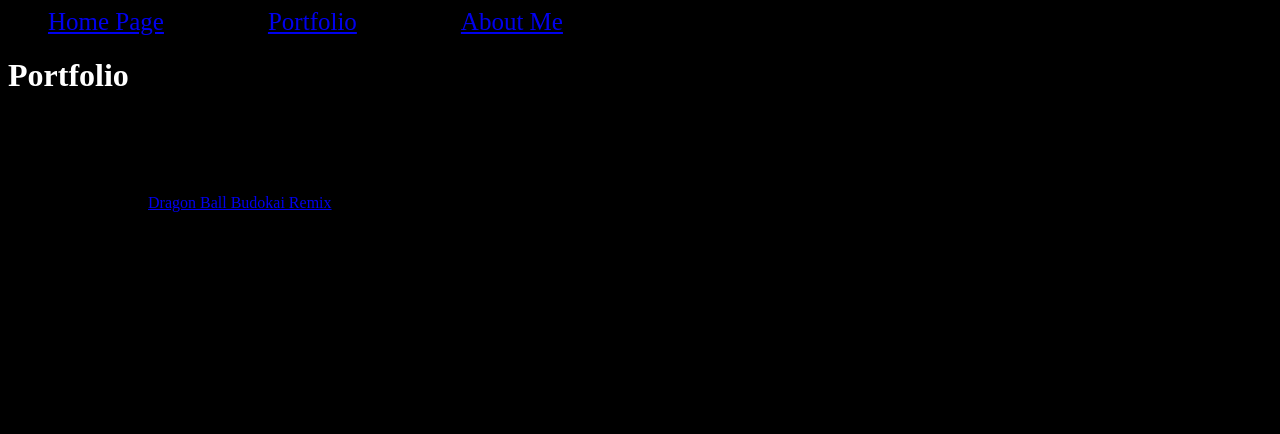
Repository: KevinAbr/KevinAbr.github.io
Page: portfolio.html
The author's editor kept a record of every edit. The page is drawn from the files as they stood at one moment, then again after the next edit.
The browser window is 1280 px wide. The pictures show the whole page.

Above is the page before.

After the next edit:
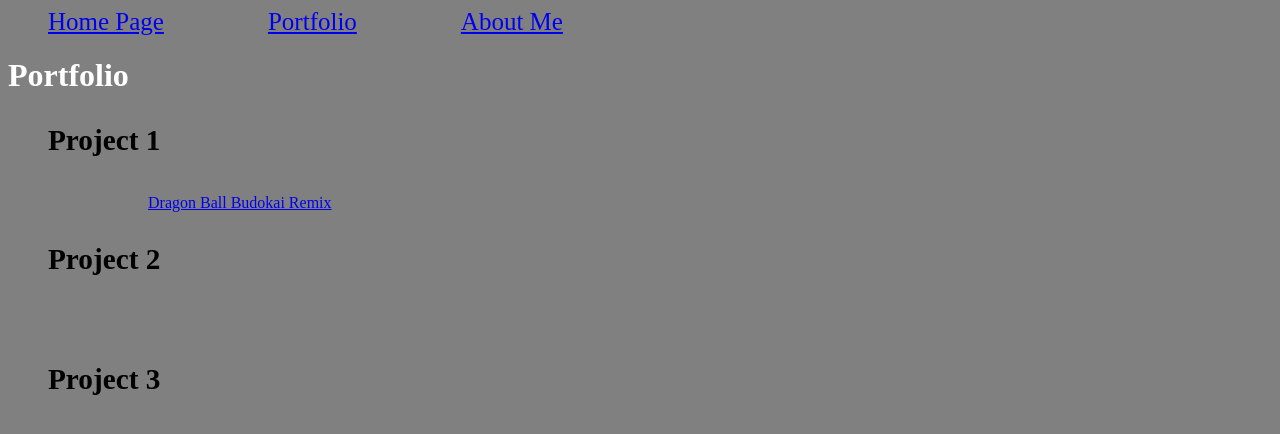
The edit:
--- a/portfolio.html
+++ b/portfolio.html
@@ -10,7 +10,7 @@
         }
 
             body {
-            background:black;
+            background:grey;
 
         }
         </style>
